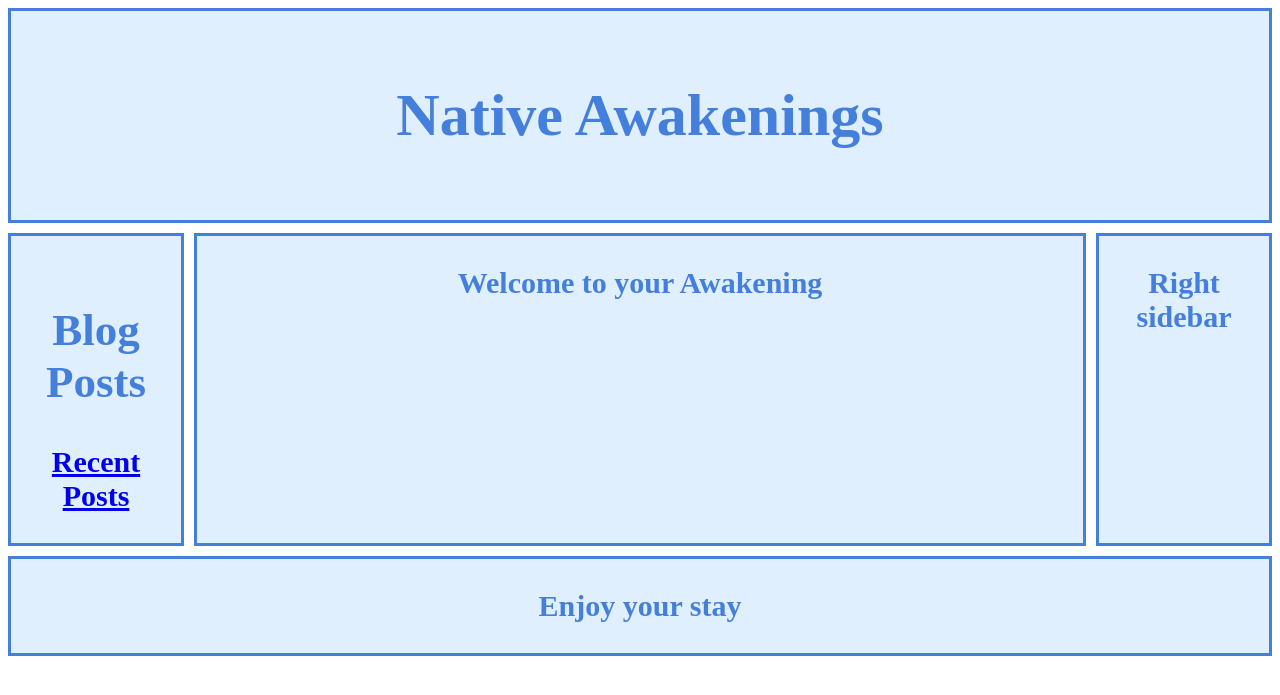
Repository: Gregg-Hendrix/blog-project
Page: index.html
An editor plug-in stored every save of this project. The page is shown before and after the next save, followed by the edit.
The browser window is 1280 px wide. The pictures show the whole page.

Above is the page before, as saved 2021-03-15 14:10:19.

After the next save:
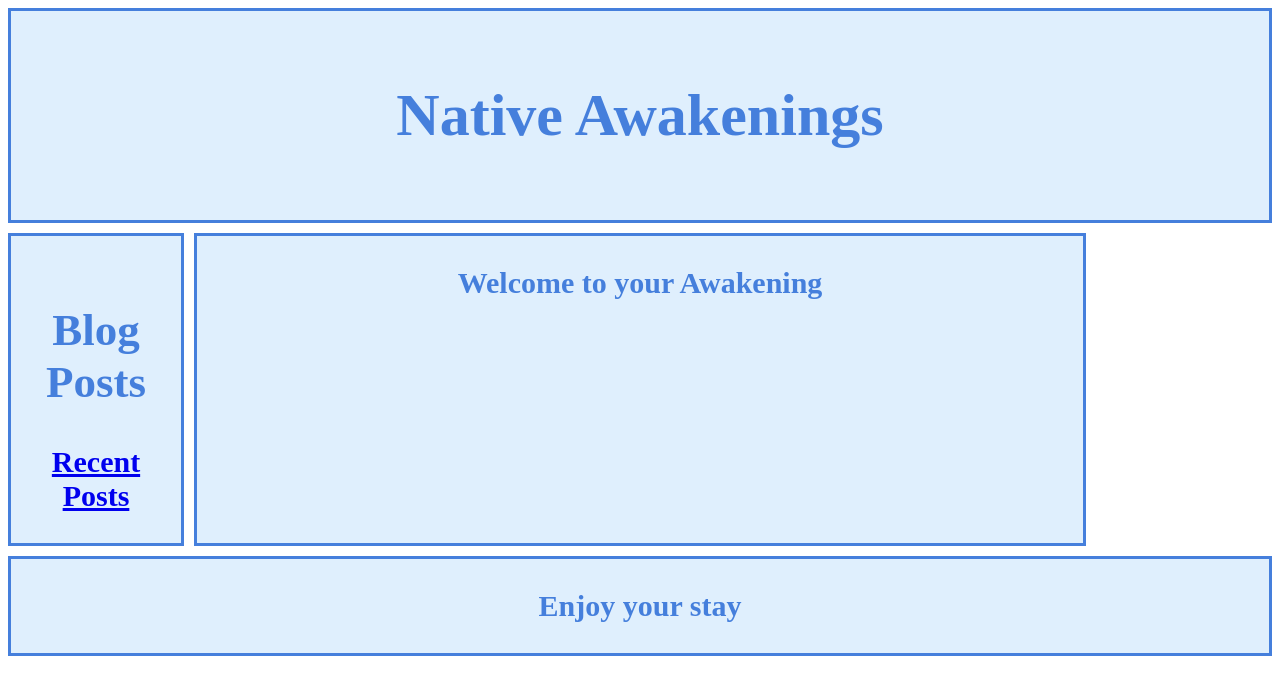
Saved 73 s later.
--- a/index.html
+++ b/index.html
@@ -12,7 +12,6 @@
   <header><h1>Native Awakenings</h1></header>
   <main>Welcome to your Awakening</main>
   <aside class="left-sidebar"><h1>Blog Posts</h1><a href="meditation.html">Recent Posts</a></aside>
-  <aside class="right-sidebar">Right sidebar</aside>
   <footer>Enjoy your stay</footer>
 </div>
 </body>
